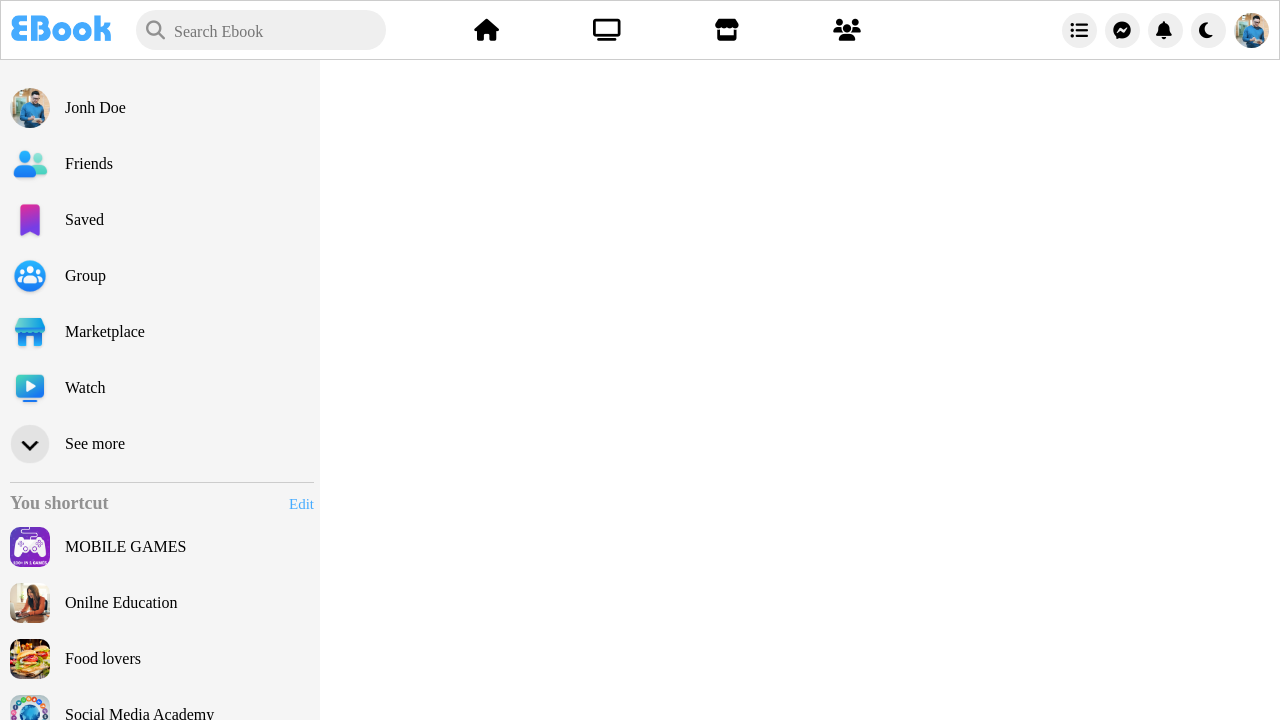
Repository: datvu1608/cloneebook
Page: index.html
The author's editor kept a copy of each file at every save. The page is drawn from the files as they stood at one save, then again after the next save.
The browser window is 1280 px wide. The pictures show the whole page.
The pointer rests on the first visible `.main .left .shortcuts`.
Some web libraries are served in a nearby version.

Above is the page before, as saved 2023-02-23 15:12:50.

### index.html
<!DOCTYPE html>
<html lang="en">
  <head>
    <meta charset="UTF-8" />
    <meta http-equiv="X-UA-Compatible" content="IE=edge" />
    <meta name="viewport" content="width=device-width, initial-scale=1.0" />
    <title>Face Clone</title>
    <link
      rel="stylesheet"
      href="https://cdnjs.cloudflare.com/ajax/libs/font-awesome/6.3.0/css/all.min.css"
      integrity="sha512-SzlrxWUlpfuzQ+pcUCosxcglQRNAq/DZjVsC0lE40xsADsfeQoEypE+enwcOiGjk/bSuGGKHEyjSoQ1zVisanQ=="
      crossorigin="anonymous"
      referrerpolicy="no-referrer"
    />
    <link rel="stylesheet" href="style.css" />
  </head>
  <body>
    <nav>
      <div class="left">
        <div class="logo">
          <img src="./image/logo.png" alt="" />
        </div>
        <div class="search-bar">
          <i class="fa-solid fa-magnifying-glass"></i>
          <input type="text" name="" id="" placeholder="Search Ebook" />
        </div>
      </div>

      <div class="center">
        <i class="fa-solid fa-house"></i>
        <i class="fa-solid fa-tv"></i>
        <i class="fa-solid fa-store"></i>
        <i class="fa-solid fa-users"></i>
      </div>

      <div class="right">
        <i class="fa-solid fa-list-ul"></i>
        <i class="fa-brands fa-facebook-messenger"></i>
        <i class="fa-solid fa-bell"></i>
        <i class="fa-solid fa-moon"></i>
        <img src="./image/profile.png" alt="" />
      </div>
    </nav>

    <!-- Main -->
    <div class="main">
      <!-- left -->
      <div class="left">
        <div class="img">
          <img src="./image/profile.png" alt="" />
          <p>Jonh Doe</p>
        </div>
        <div class="img">
          <img src="./image/friend.png" alt="" />
          <p>Friends</p>
        </div>
        <div class="img">
          <img src="./image/saved.png" alt="" />
          <p>Saved</p>
        </div>
        <div class="img">
          <img src="./image/group.png" alt="" />
          <p>Group</p>
        </div>
        <div class="img">
          <img src="./image/marketplace.png" alt="" />
          <p>Marketplace</p>
        </div>
        <div class="img">
          <img src="./image/watch.png" alt="" />
          <p>Watch</p>
        </div>
        <div class="img">
          <img src="./image/down_arrow.png" alt="" />
          <p>See more</p>
        </div>
        <hr />

        <h2>You shortcut</h2>
        <p class="edit">Edit</p>

        <div class="shortcuts">
          <img src="./image/shortcuts_1.png" alt="" />
          <p>MOBILE GAMES</p>
        </div>
        <div class="shortcuts">
          <img src="./image/shortcuts_2.jpeg" alt="" />
          <p>Onilne Education</p>
        </div>
        <div class="shortcuts">
          <img src="./image/shortcuts_3.webp" alt="" />
          <p>Food lovers</p>
        </div>
        <div class="shortcuts">
          <img src="./image/shortcuts_4.png" alt="" />
          <p>Social Media Academy</p>
        </div>
        <div class="shortcuts">
          <img src="./image/shortcuts_5.webp" alt="" />
          <p>PC Shop</p>
        </div>
        <div class="shortcuts">
          <img src="./image/down_arrow.png" alt="" />
          <p>See More</p>
        </div>
      </div>
      <div class="center"></div>
      <div class="right"></div>
    </div>
  </body>
</html>

### style.css
* {
  margin: 0;
  padding: 0;
  box-sizing: border-box;
  font-family: serif;
}
nav {
  width: 100%;
  height: 60px;
  display: flex;
  align-items: center;
  justify-content: space-between;
  border: 1px solid #ccc;
  background: #fff;
  position: fixed;
  top: 0;
  z-index: 1000;
  cursor: pointer;
}
nav .left img {
  width: 100px;
  margin: 5px 0;
  cursor: pointer;
}
nav .left {
  display: flex;
  align-items: center;
  justify-content: center;
  margin-left: 10px;
}
nav .left .search-bar {
  width: 250px;
  height: 40px;
  background: #efefef;
  border-radius: 30px;
  padding: 0 10px;
  margin-left: 10px;
  position: relative;
  left: 15px;
}
nav .left .search-bar i {
  line-height: 40px;
  font-size: 19px;
  color: #919191;
  margin-right: 5px;
}
nav .left .search-bar input {
  background-color: transparent;
  outline: none;
  border: 0;
  width: 200px;
  font-size: 16px;
}

nav .center {
  position: relative;
  right: 45px;
}
nav .center i {
  margin: 0 45px 0 45px;
  font-size: 22px;
}
nav .center i:hover {
  color: #45abff;
  cursor: pointer;
}

nav .right {
  display: flex;
  align-items: center;
  margin-right: 10px;
}
nav .right i {
  width: 35px;
  height: 35px;
  border-radius: 50%;
  background: #efefef;
  line-height: 35px;
  padding-left: 8px;
  font-size: 18px;
  margin-left: 8px;
  cursor: pointer;
}
nav .right img {
  width: 35px;
  height: 35px;
  object-fit: cover;
  object-position: center;
  border-radius: 50%;
  margin-left: 8px;
  line-height: 45px;
  cursor: pointer;
}

/* main */
.main {
  display: flex;
  margin-top: 60px;
  background-color: #f5f5f5;
}
.main .left {
  width: 25%;
  height: 92vh;
  overflow: hidden;
  overflow-y: scroll;
  background-color: #f5f5f5;
  padding: 20px 6px 5px 10px;
  position: fixed;
}
.main .left::-webkit-scrollbar {
  width: 7px;
}
.main .left::-webkit-scrollbar-thumb {
  border-radius: 20px;
  background-color: #f5f5f5;
}
.main .left:hover::-webkit-scrollbar-thumb {
  background-color: #ccc;
}
.main .left .img {
  display: flex;
  align-items: center;
  cursor: pointer;
  transition: 0.2s;
}
.main .left .img:hover {
  background: #e3e3e3;
}
.main .left .img img {
  width: 40px;
  height: 40px;
  object-fit: cover;
  object-position: center;
  border-radius: 50%;
  margin: 8px 15px 8px 0;
}
.main .left hr {
  width: 100%;
  height: 1px;
  border: 0;
  background: #ccc;
  margin: 10px 0;
}

.main .left h2 {
  font-size: 18px;
  color: #919191;
  margin: 5px 0;
}
.main .left .edit {
  color: #45abff;
  font-size: 15px;
  float: right;
  position: relative;
  bottom: 23px;
  cursor: pointer;
  opacity: 0;
}
.main .left:hover .edit {
  opacity: 1;
}
.main .left .shortcuts {
  display: flex;
  align-items: center;
  transition: 0.2s;
}
.main .left .shortcuts:hover {
          d
}
.main .left .shortcuts img {
  width: 40px;
  height: 40px;
  object-fit: cover;
  object-position: center;
  border-radius: 10px;
  margin: 8px 15px 8px 0px;
}

After the next save:
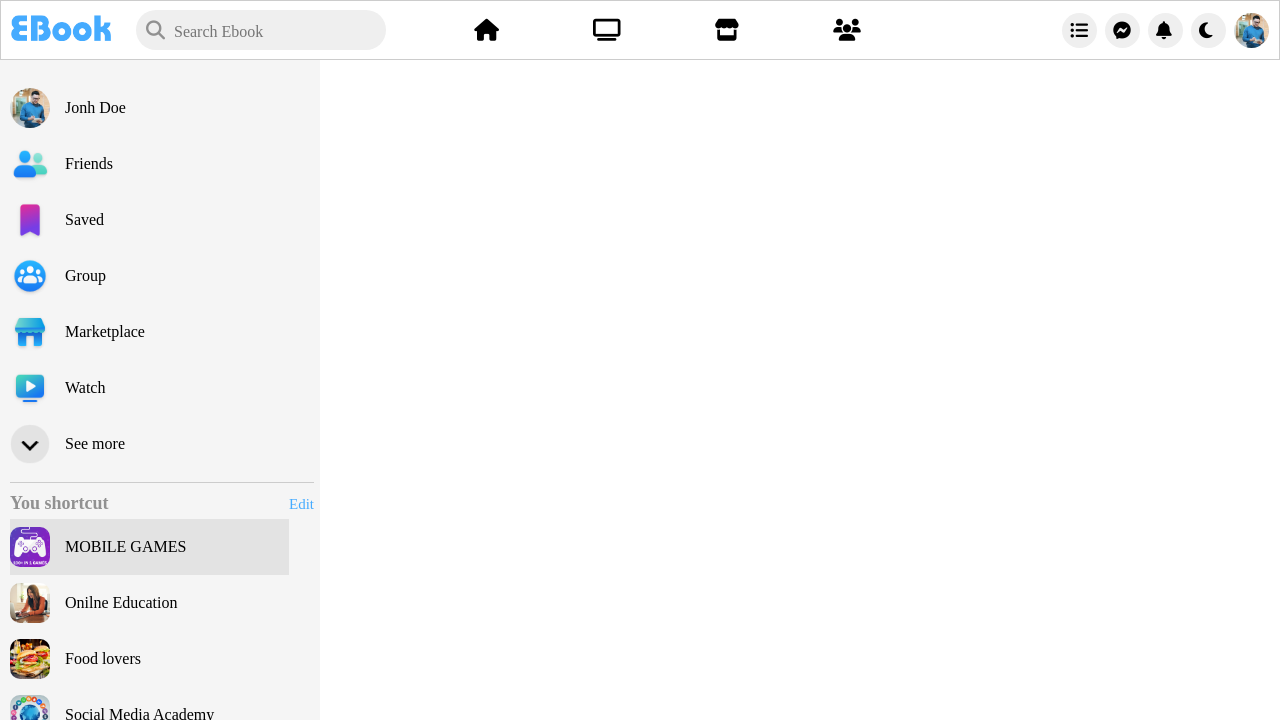
Saved 9 s later.
--- a/style.css
+++ b/style.css
@@ -165,7 +165,7 @@ nav .right img {
   transition: 0.2s;
 }
 .main .left .shortcuts:hover {
-          d
+  background: #e3e3e3;
 }
 .main .left .shortcuts img {
   width: 40px;
